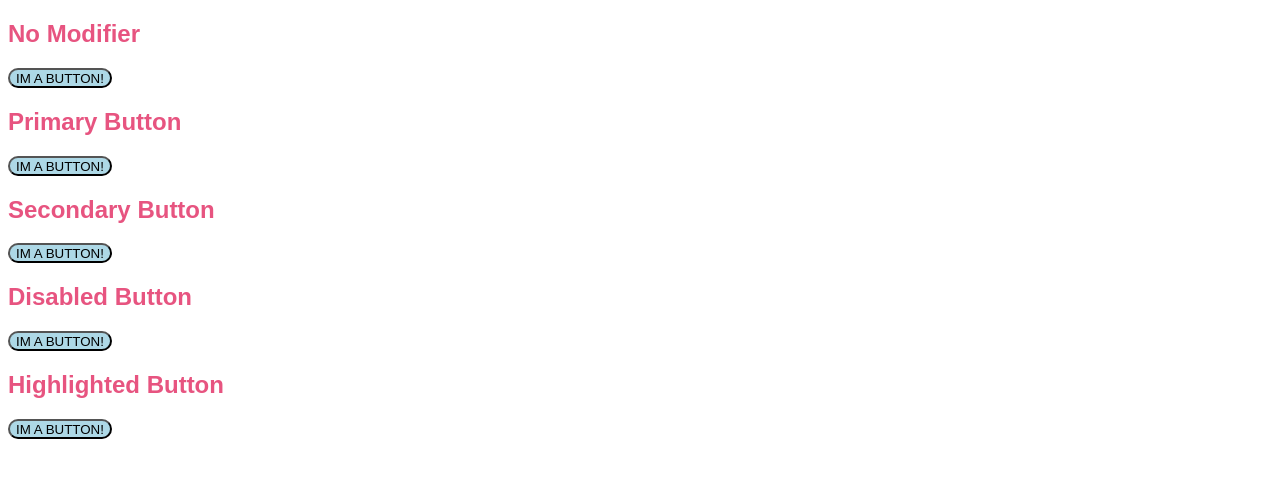
Repository: Jvien2/3126-repo
Page: index.html
The author's editor kept a copy of each file at every save. The page is drawn from the files as they stood at one save, then again after the next save.
The browser window is 1280 px wide. The pictures show the whole page.

Above is the page before, as saved 2026-10-01 00:58:58.
Not found: code.js

### index.html
<!DOCTYPE html>
<html lang="en">
<head>
    <meta charset="UTF-8">
    <meta name="viewport" content="width=device-width, initial-scale=1.0">
    <title>Assignment 1</title>
    <link rel="stylesheet" href="style.css">
    <script src="code.js" defer></script>
</head>
<body>
    <!-- regular button -->
    <h2>No Modifier</h2>
        <button class="btn">IM A BUTTON!</button>

    <!-- prmary -->
    <h2>Primary Button</h2>
        <button class="btn btn-primary">IM A BUTTON!</button>

    <!-- secondary -->
    <h2>Secondary Button</h2>
         <button class="btn btn-secondary">IM A BUTTON!</button>

    <!-- disabled -->
    <h2>Disabled Button</h2>
         <button class="btn btn-disabled">IM A BUTTON!</button>

    <!-- highlighted -->
    <h2>Highlighted Button</h2>
         <button class="btn btn-highlight">IM A BUTTON!</button>

</body>
</html>

### style.css
h2 {
    color: #e75480;
    font-family: Arial, Helvetica, sans-serif;
}

.btn {
    width: fit-content;
    height: 20px;
    border-radius: 20px;
    background-color: lightblue;
}

After the next save:
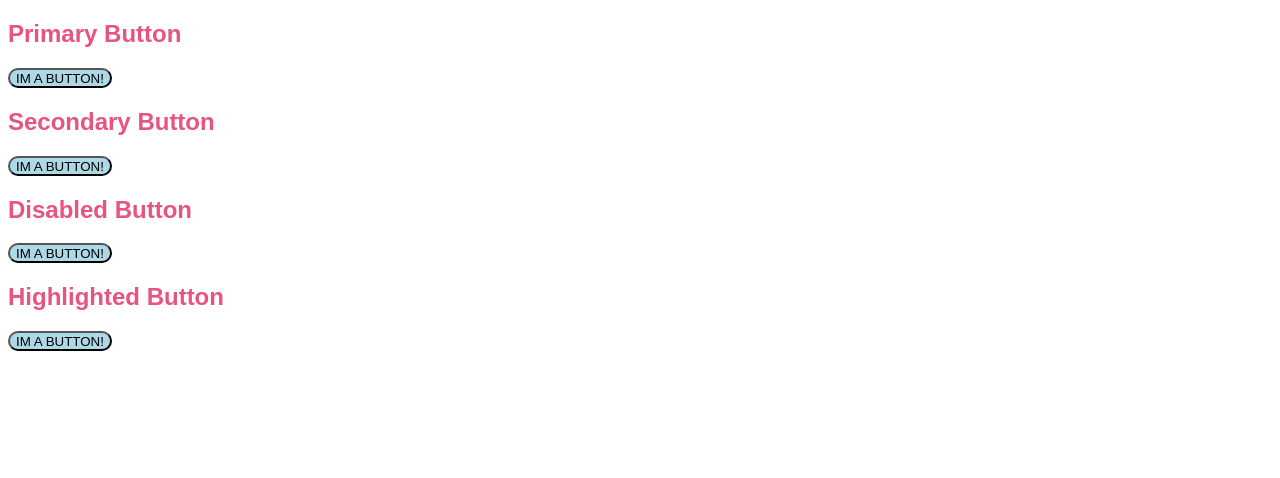
Saved 87 s later.
--- a/index.html
+++ b/index.html
@@ -9,8 +9,8 @@
 </head>
 <body>
     <!-- regular button -->
-    <h2>No Modifier</h2>
-        <button class="btn">IM A BUTTON!</button>
+    <!-- <h2>No Modifier</h2>
+        <button class="btn">IM A BUTTON!</button> -->
 
     <!-- prmary -->
     <h2>Primary Button</h2>
